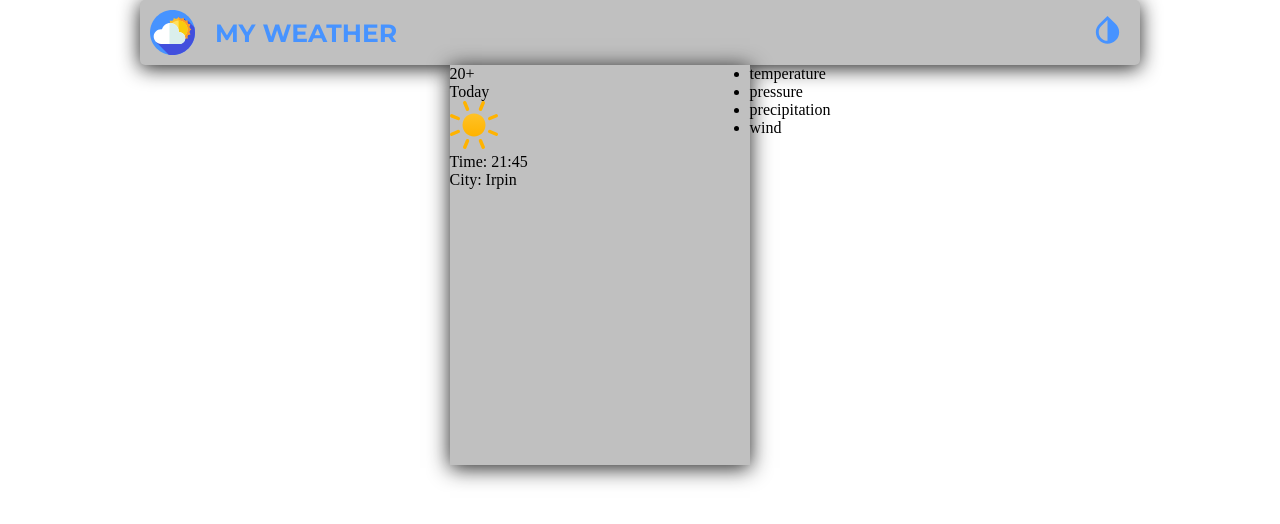
Repository: YuraKrvz/my_weather2
Page: /
The author's editor kept a copy of each file at every save. The page is drawn from the files as they stood at one save, then again after the next save.
The browser window is 1280 px wide. The pictures show the whole page.
The project was rebuilt for these pictures with package versions that can differ from the ones it lists, and the page was loaded fresh each time.

Above is the page before, as saved 2022-01-25 18:11:46.

### src/index.css
@import url('https://fonts.googleapis.com/css2?family=Montserrat:wght@300;400;500;600;700&display=swap');
*,
*:after,
*:before{
  box-sizing: border-box;
  margin: 0;
  padding: 0;
}
body{
  background-color: var(--body-background);
}
:root{
  --color-default-blue: #4793FF;
}
.container{
  max-width: 1200px;
  margin: 0 auto;
  padding: 0 15px;
}
html[data-theme='true']{
  --body-background: #fff;
  --components-background: silver;
  --card-background: rgba(71, 147, 255, 0.2);
  --card-shadow: 0px 3px 20px rgba(5, 5, 5, 0.9);

  --text-color: #000;
}
html[data-theme='false']{
  --body-background: #0d1117;
  --components-background: #4f4f4f;
  --card-background: #2e3035;
  --card-shadow: 0px 3px 20px rgba(147, 144, 144, 0.9);
  --text-color: #fff;
}

### src/App.js
import Header from './components/Header/Header';
import MyWeather from './components/MyWeather/MyWeather';

export default function App() {

  return (
    <div className='container'>
     <Header />
     <MyWeather />

    </div>
  );
};

### src/components/header/Header.jsx
import React from 'react';
import useTheme from '../../hooks/useTheme';
import s from './Header.module.css';
import {GeneratorSvgIcon} from '../../assets/GeneratorSvgIcon.js';

export default function Header() {
  const {theme, setTheme} = useTheme();

  return (
   <header className={s.wrap__header}>
      <div className={s.inner}>
         <GeneratorSvgIcon className={s.logo__img} id='header-logo' />
         <h1 className={s.header__logo_text}>My weather</h1>
      </div>
      <span onClick={()=> setTheme(!theme)} >
         <GeneratorSvgIcon className={s.logo__img} id='change-theme'/>
      </span>
   </header>
  );
}

### src/components/MyWeather/MyWeather.jsx
import React from 'react';
import { GeneratorSvgIcon } from '../../assets/GeneratorSvgIcon';
import s from './MyWeather.module.css';

export default function MyWeather() {
  return (
   <section className={s.wrapper}>
      <div className={s.main}>
         <span>
            <span>
               <p className={s.temp__main}>20+</p>
               <p className={s.day}>Today</p>
            </span>
            <GeneratorSvgIcon id='sun' />
         </span>
         <p className={s.time}>Time: 21:45</p>
         <p className={s.city}>City: Irpin</p>
      </div>
      <div className={s.description}>
         <ul className={s.list}>
            <li className={s.temp__description}>temperature</li>
            <li className={s.pressure}>pressure</li>
            <li className={s.precipitation}>precipitation</li>
            <li className={s.wind}>wind</li>
         </ul>
      </div>
   </section>
  );
}

### src/hooks/useTheme.js
import {useState, useLayoutEffect} from 'react';

export default function useTheme() {
   const [theme, setTheme] = useState(true);

   useLayoutEffect( ()=>{
      document.documentElement.setAttribute('data-theme', theme);
   }, [theme] )

   return {theme, setTheme};
}

### src/components/header/Header.module.css
.wrap__header{
   display: flex;
   justify-content: space-between;
   align-items: center;
   background-color: var(--components-background);
   box-shadow: var(--card-shadow);
   border-radius: 5px;
   padding: 10px;
   margin: 0 auto;
   width: 1000px;
   height: 65px;
   left: 360px;
   top: 20px;
}
.inner{
   display: flex;
   align-items: center;
}
.logo__img{
   width: 45px;
}
.header__logo_text{
   margin-left: 20px;
   width: 230px;
   height: 30px;
   font-style: normal;
   font-weight: bold;
   font-size: 25px;
   line-height: 30px;
   text-transform: uppercase;
   font-family: Montserrat;
   color: var(--color-default-blue);
}
.button__theme{

}

### src/components/MyWeather/MyWeather.module.css
.wrapper{
   display: flex;
   justify-content: center;
}
.main{
   height: 400px;
   width: 300px;
   background-color: var(--components-background);
   box-shadow: var(--card-shadow);
}
.temp__main{}
.day{}
.time{}
.city{}
.description{}
.list{}
.temp__description{}
.pressure{}
.precipitation{}
.wind{}

Loaded but not shown: public/index.html (common file); src/index.js (common file); src/assets/GeneratorSvgIcon.js (401 lines, source omitted)

After the next save:
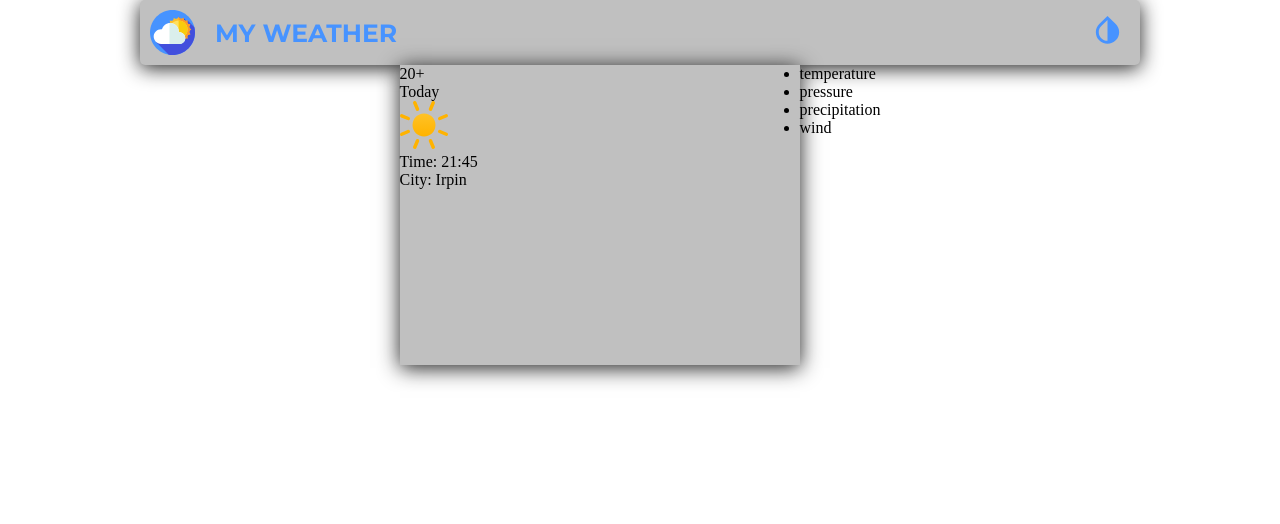
Saved 24 s later.
--- a/src/components/MyWeather/MyWeather.module.css
+++ b/src/components/MyWeather/MyWeather.module.css
@@ -3,8 +3,8 @@
    justify-content: center;
 }
 .main{
-   height: 400px;
-   width: 300px;
+   height: 300px;
+   width: 400px;
    background-color: var(--components-background);
    box-shadow: var(--card-shadow);
 }
